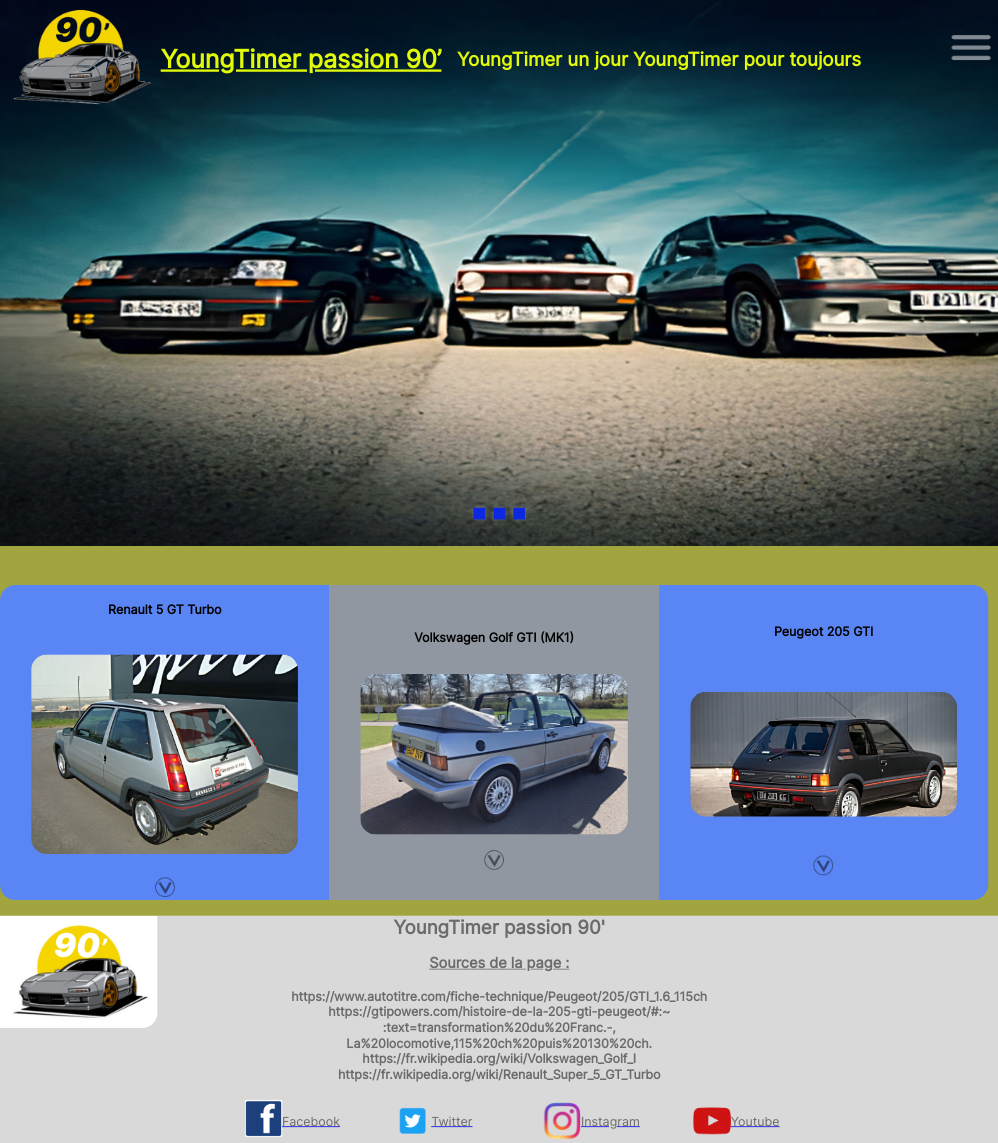
Repository: Zouz01/projetyoungtimer-90_
Page: index.html
The author's editor kept a copy of each file at every save. The page is drawn from the files as they stood at one save, then again after the next save.
The browser window is 1280 px wide. The pictures show the whole page, at 78% of full size.

Above is the page before, as saved 2023-09-21 14:45:17.

After the next save:
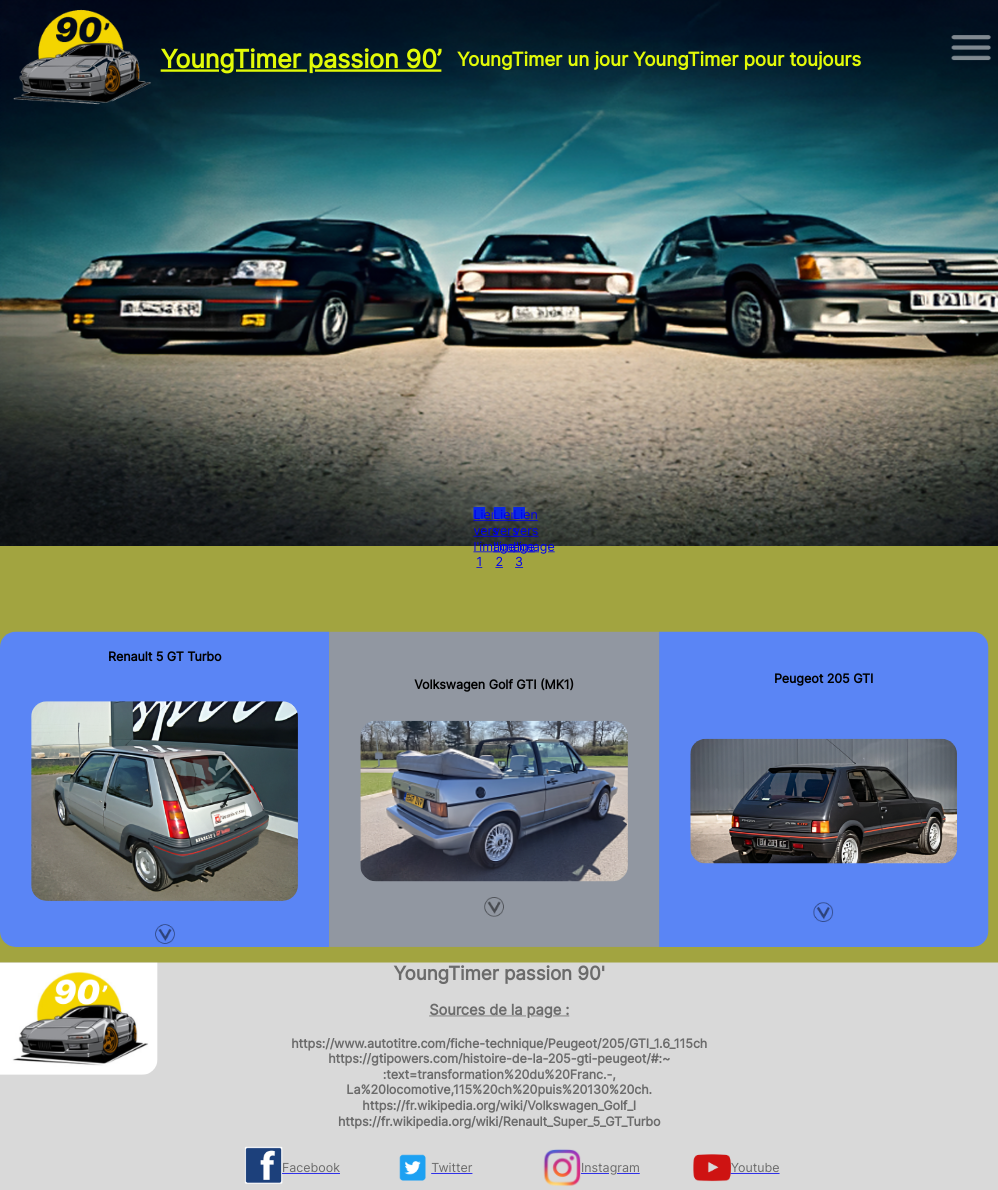
Saved 2 min 10 s later.
--- a/index.html
+++ b/index.html
@@ -45,9 +45,10 @@
                     </div>
                 </div>
                 <div class="slider-nav">
-                    <a href="#img1"></a>
-                    <a href="#img2"></a>
-                    <a href="#img3"></a>
+                    <a href="#img1">Lien vers l'image 1</a>
+<a href="#img2">Lien vers l'image 2</a>
+<a href="#img3">Lien vers l'image 3</a>
+
                 </div>
 
                 <div class="barre-navigatrice">

After the 4 saves that followed:
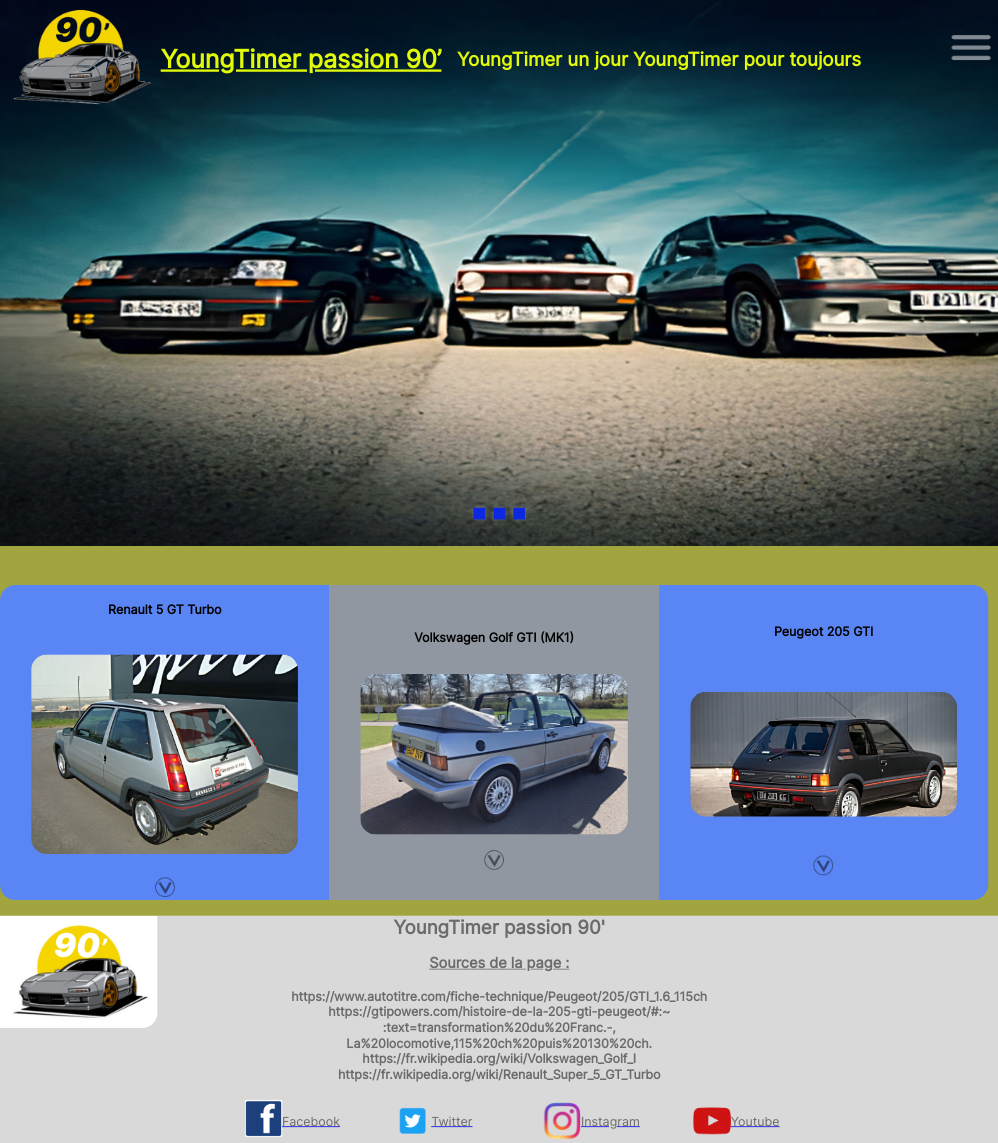
The 4 saves are shown as one change because 2 left the picture as it was and some came seconds apart.
The last was saved 49 s later.
--- a/index.html
+++ b/index.html
@@ -45,10 +45,9 @@
                     </div>
                 </div>
                 <div class="slider-nav">
-                    <a href="#img1">Lien vers l'image 1</a>
-<a href="#img2">Lien vers l'image 2</a>
-<a href="#img3">Lien vers l'image 3</a>
-
+                    <a href="#img1"></a>
+                    <a href="#img2"></a>
+                    <a href="#img3"></a>
                 </div>
 
                 <div class="barre-navigatrice">
